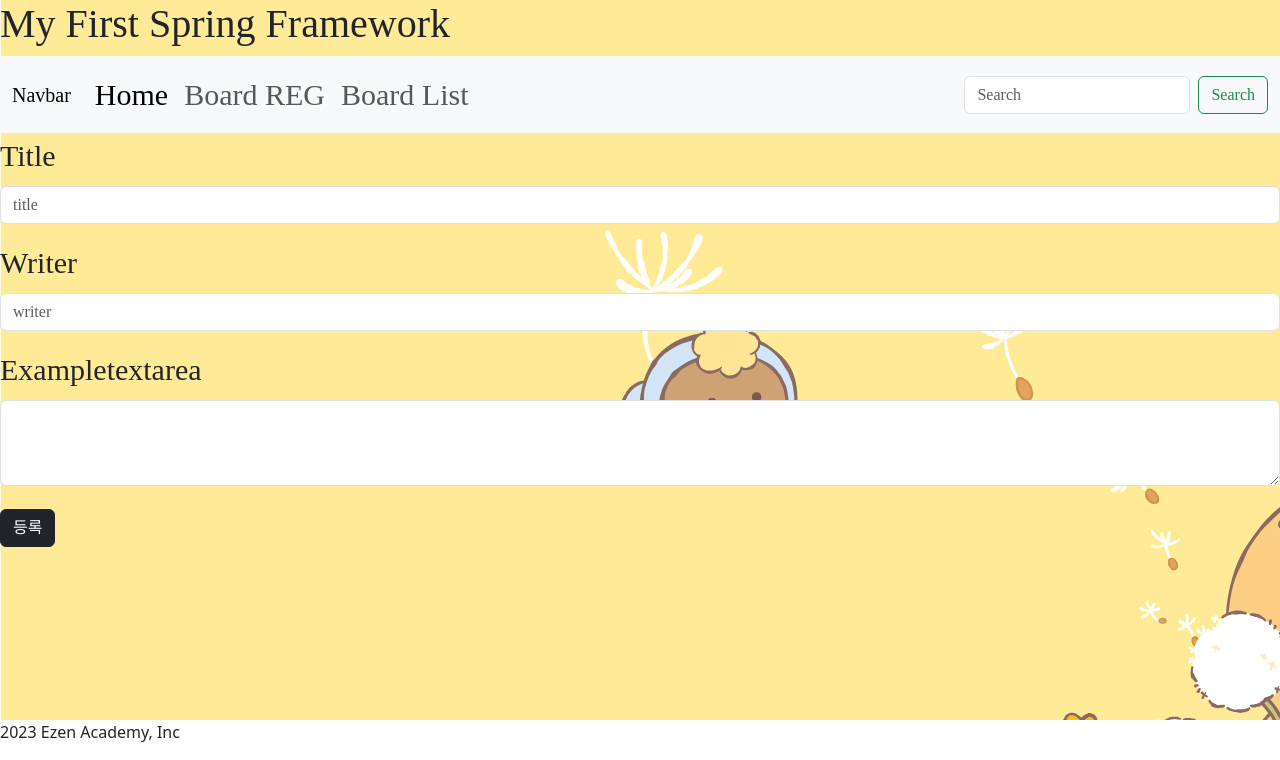
Repository: dfhdfhdfsza/springFinal
Page: http://localhost/springFinal/WEB-INF/views/board/register.jsp
An editor plug-in stored every save of this project. The page is shown before and after the next save, followed by the edit.
The browser window is 1280 px wide. The pictures show the whole page.
Some web fonts or font styles are not loaded; a fallback is used. The page is served by Tomcat 9. Nobody is signed in. The template is opened directly, without the code that normally fills it, so the values that code supplies are empty.

Above is the page before, as saved 2023-10-18 12:27:48.

After the next save:
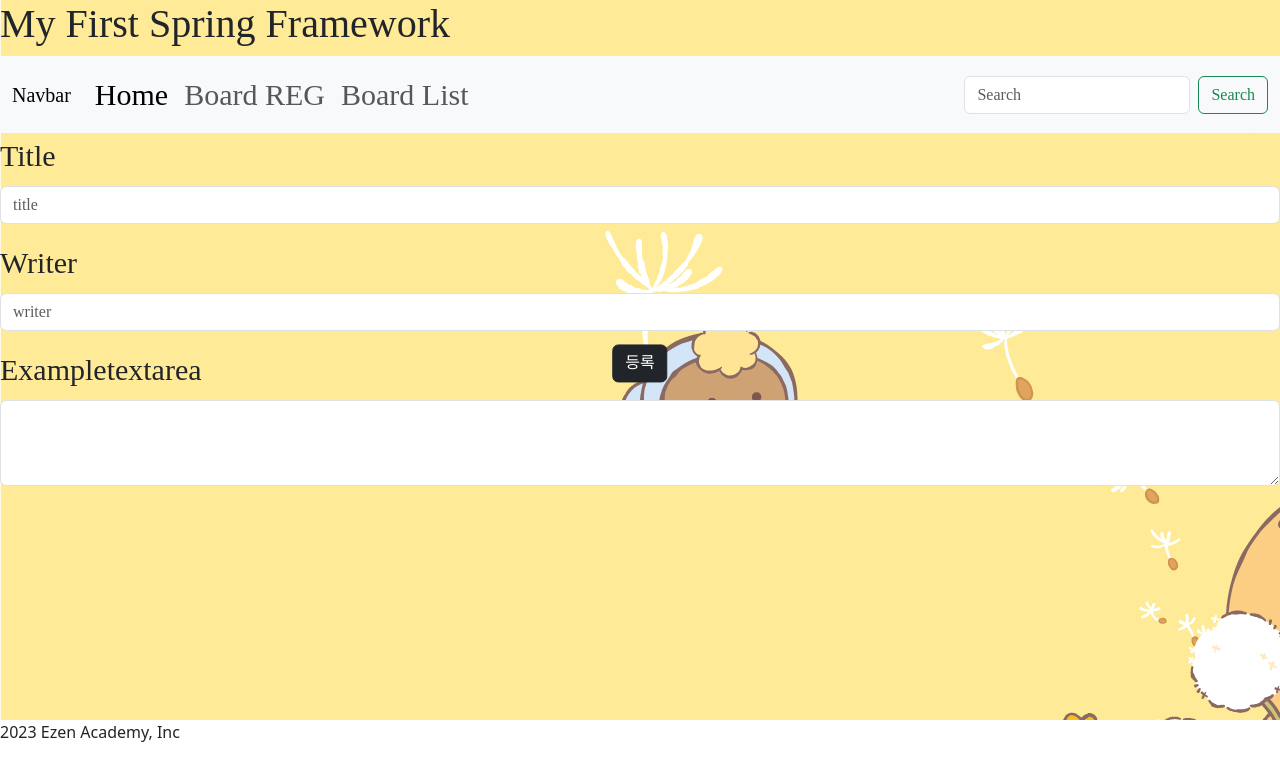
Saved 5 min 58 s later.
--- a/springFinal/src/main/webapp/WEB-INF/views/board/register.jsp
+++ b/springFinal/src/main/webapp/WEB-INF/views/board/register.jsp
@@ -28,7 +28,9 @@
 			<textarea class="form-control" id="exampleFormControlTextarea1"
 				rows="3" name="content"></textarea>
 		</div>
+		<div class="position-absolute top-50 start-50 translate-middle">
 		<button type="submit" class="btn btn-dark">등록</button>
+		</div>
 	</form>
 <jsp:include page="../common/footer.jsp"></jsp:include>
 

After the save that followed:
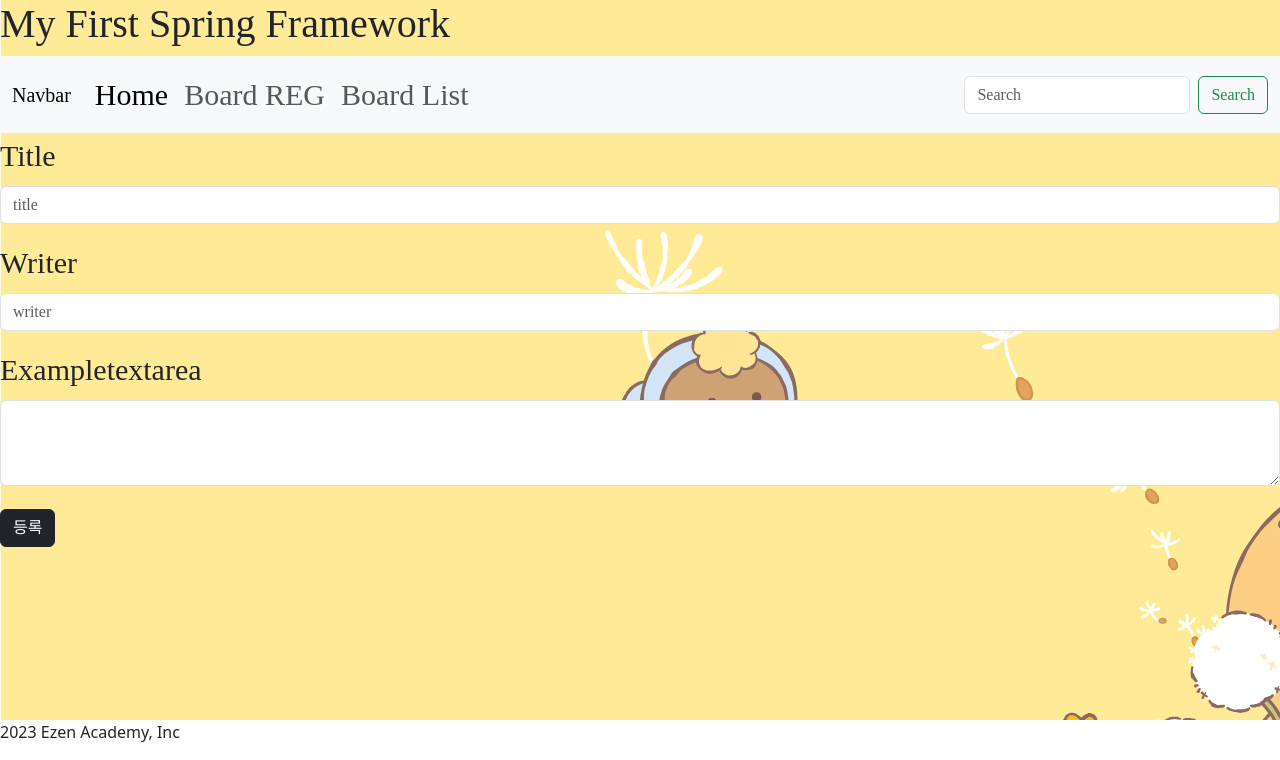
Saved 12 s later.
--- a/springFinal/src/main/webapp/WEB-INF/views/board/register.jsp
+++ b/springFinal/src/main/webapp/WEB-INF/views/board/register.jsp
@@ -28,9 +28,9 @@
 			<textarea class="form-control" id="exampleFormControlTextarea1"
 				rows="3" name="content"></textarea>
 		</div>
-		<div class="position-absolute top-50 start-50 translate-middle">
+
 		<button type="submit" class="btn btn-dark">등록</button>
-		</div>
+
 	</form>
 <jsp:include page="../common/footer.jsp"></jsp:include>
 
